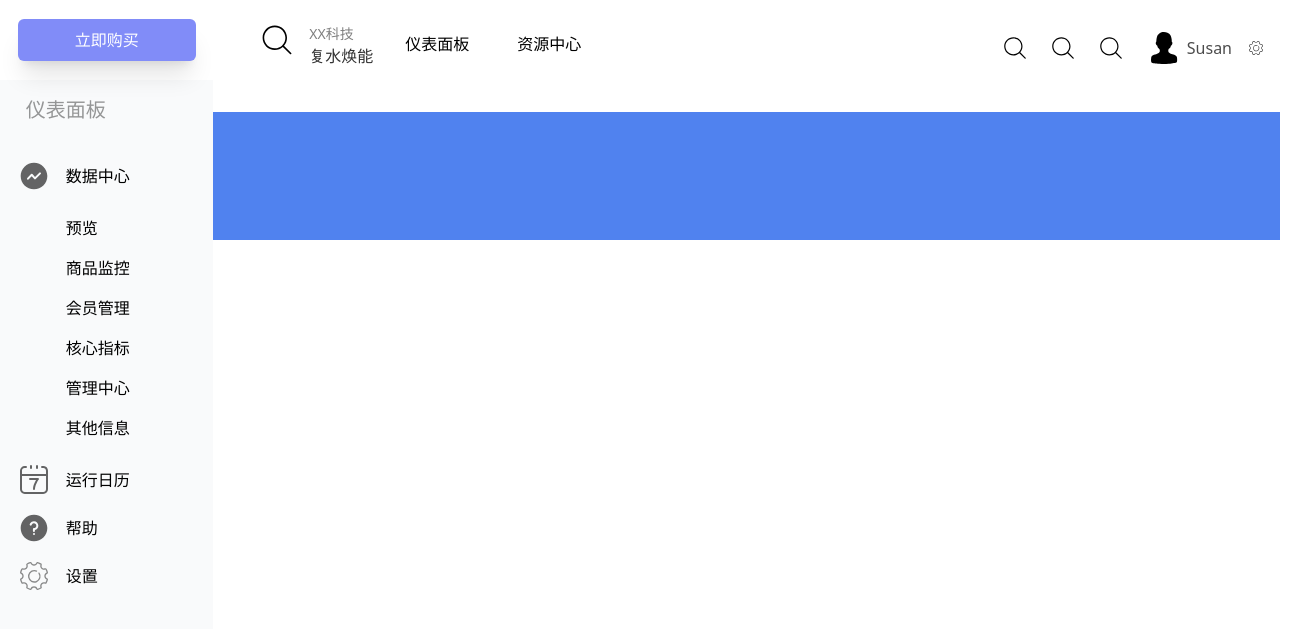
Repository: LiuRuohui/useWater
Page: /
The author's editor kept a copy of each file at every save. The page is drawn from the files as they stood at one save, then again after the next save.
The browser window is 1280 px wide. The page is 1280 px wide, then 1296 px, so the pictures cover 1296 px, including what lies to the right of the window. The pictures show the whole page.
The project was rebuilt for these pictures with package versions that can differ from the ones it lists, and the page was loaded fresh each time. Also part of the build but not shown: vite.config.js.

Above is the page before, as saved 2022-04-06 23:03:13.

### src/App.vue
<script setup>
import HelloWorld1 from './components/HelloWorld.vue';
</script>

<template>
  <HelloWorld1></HelloWorld1>
</template>

<style>
</style>

### src/index.css
@tailwind base;
@tailwind components;
.inputFrame {
    @apply appearance-none rounded-none relative block w-full px-3 py-2 border border-gray-300 placeholder-gray-500 text-gray-900
}

.inputFrame:focus {
    @apply outline-none border-indigo-500 z-10 inline-block px-5 py-3 rounded-lg shadow-lg
}

.btn {
    @apply relative flex w-full justify-center py-2 border border-transparent font-medium rounded-md text-white bg-indigo-400
}

.btn:hover {
    @apply bg-indigo-500
}

.btn:focus {
    @apply outline-none ring-2 ring-offset-2 ring-indigo-400
}

@tailwind utilities;

### src/components/HelloWorld.vue
<script setup>

</script>

<template>
<div class="w-full h-screen flex flex-row select-none">
  <div class="w-1/5 h-screen justify-center items-center flex flex-col">
    <div class="w-full h-20 justify-center items-center flex">
        <div class="w-5/6">
            <button class="btn text-white justify-center items-center shadow-xl">立即购买</button>
        </div>
    </div>
    <div class="w-full flex flex-grow bg-gray-50 justify-center">
        <div class="w-5/6 pt-4 flex flex-col">
            <div class="h-8 text-xl opacity-40 pl-2">仪表面板</div>
            <div class="mt-4 flex flex-grow flex-col">
                <div class="flex flex-col py-2 hover:cursor-pointer">
                    <div class="flex flex-row py-2 hover:bg-blue-200 hover:cursor-pointer">
                      <img src="../assets/数据.svg" alt="" class="h-8 opacity-60">
                      <div class="pl-4 pt-1">数据中心</div>
                    </div>
                    <div class="mt-2 flex flex-col hover:cursor-pointer">
                        <div class="py-2 pl-12 hover:bg-blue-200">预览</div>
                        <div class="py-2 pl-12 hover:bg-blue-200">商品监控</div>
                        <div class="py-2 pl-12 hover:bg-blue-200">会员管理</div>
                        <div class="py-2 pl-12 hover:bg-blue-200">核心指标</div>
                        <div class="py-2 pl-12 hover:bg-blue-200">管理中心</div>
                        <div class="py-2 pl-12 hover:bg-blue-200">其他信息</div>
                    </div>
                </div>
                <div class="flex flex-row py-2 hover:bg-blue-200 hover:cursor-pointer">
                  <img src="../assets/日历.svg" alt="" class="h-8 opacity-60">
                  <div class="pl-4 pt-1">运行日历</div>
                </div>
                <div class="flex flex-row py-2 hover:bg-blue-200 hover:cursor-pointer">
                  <img src="../assets/帮助.svg" alt="" class="h-8 opacity-60">
                  <div class="pl-4 pt-1">帮助</div>
                </div>
                <div class="flex flex-row py-2 hover:bg-blue-200 hover:cursor-pointer">
                  <img src="../assets/设置.svg" alt="" class="h-8 opacity-60">
                  <div class="pl-4 pt-1">设置</div>
                </div>
            </div>
        </div>
    </div>
  </div>
  <div class="w-full flex flex-grow flex-col">
      <div class="flex flex-row h-24">
          <img src="../assets/搜索.svg" alt="" class="h-8 mt-6 pl-12 hover:cursor-pointer">
          <div class="flex flex-col pt-6 px-4 hover:cursor-pointer">
              <div class="text-sm opacity-50">XX科技</div>
              <div class="text-md opacity-80">复水焕能</div>
          </div>
          <div class="text-base px-4 pt-8 hover:cursor-pointer">仪表面板</div>
          <div class="text-base px-8 pt-8 hover:cursor-pointer">资源中心</div>
          <div class="flex flex-grow flex-row-reverse">
              <img src="../assets/设置.svg" alt="" class="h-4 mt-10 mr-4 hover:cursor-pointer hover:bg-blue-100">
              <span class="my-9 mr-4 text-black text-base opacity-70 hover:cursor-pointer hover:bg-blue-100">Susan</span>
              <img src="../assets/用户.svg" alt="" class="h-8 mt-8 mr-2 hover:cursor-pointer hover:bg-blue-100">
              <img src="../assets/搜索.svg" alt="" class="h-6 mt-9 mr-6 hover:cursor-pointer hover:bg-blue-100">
              <img src="../assets/搜索.svg" alt="" class="h-6 mt-9 mr-6 hover:cursor-pointer hover:bg-blue-100">
              <img src="../assets/搜索.svg" alt="" class="h-6 mt-9 mr-6 hover:cursor-pointer hover:bg-blue-100">
          </div>
      </div>
      <div class="w-full my-4 px-4 bg-blue-600 h-32 opacity-80">

      </div>
  </div>
</div>
</template>

<style scoped>

</style>

### tailwind.config.js
module.exports = {
    content: [
        "./index.html",
        "./src/**/*.{vue,js,ts,jsx,tsx}",
    ],
    theme: {
        extend: {},
    },
    variants: {
        backgroundColor: ['responsive', 'hover', 'focus', 'active']
    },
    plugins: [],
}

Loaded but not shown: index.html (common file); src/main.js (common file)

After the next save:
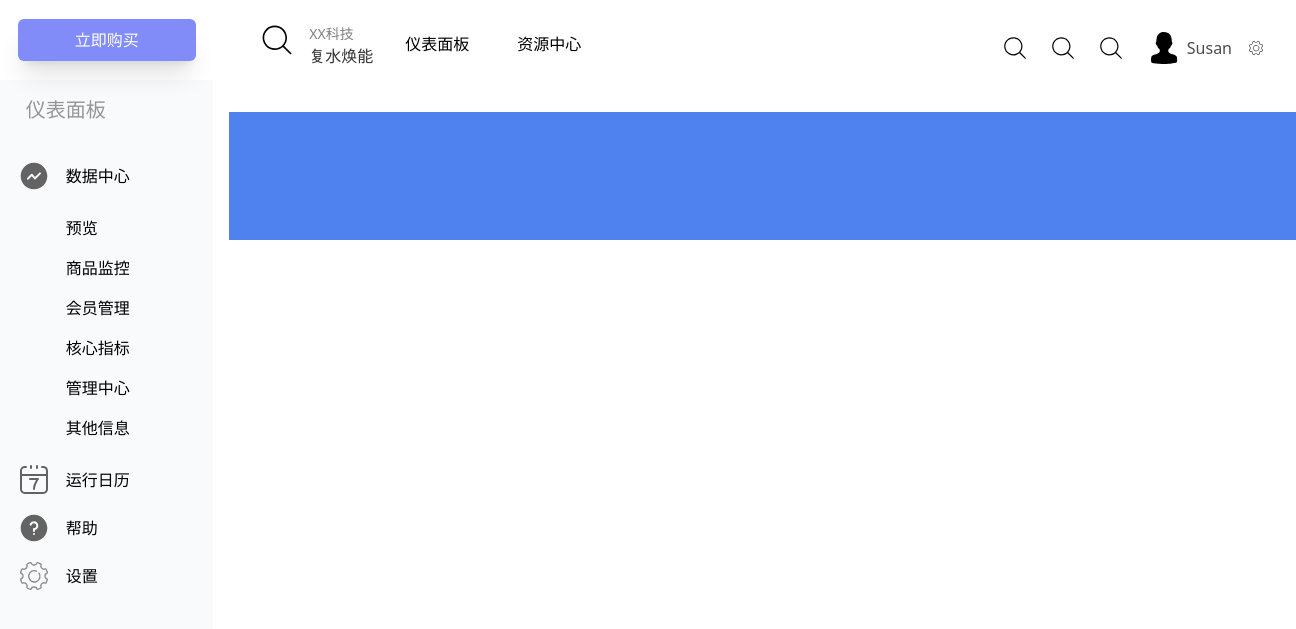
Saved 6 s later.
--- a/src/components/HelloWorld.vue
+++ b/src/components/HelloWorld.vue
@@ -62,7 +62,7 @@
               <img src="../assets/搜索.svg" alt="" class="h-6 mt-9 mr-6 hover:cursor-pointer hover:bg-blue-100">
           </div>
       </div>
-      <div class="w-full my-4 px-4 bg-blue-600 h-32 opacity-80">
+      <div class="w-full my-4 mx-4 bg-blue-600 h-32 opacity-80">
 
       </div>
   </div>
